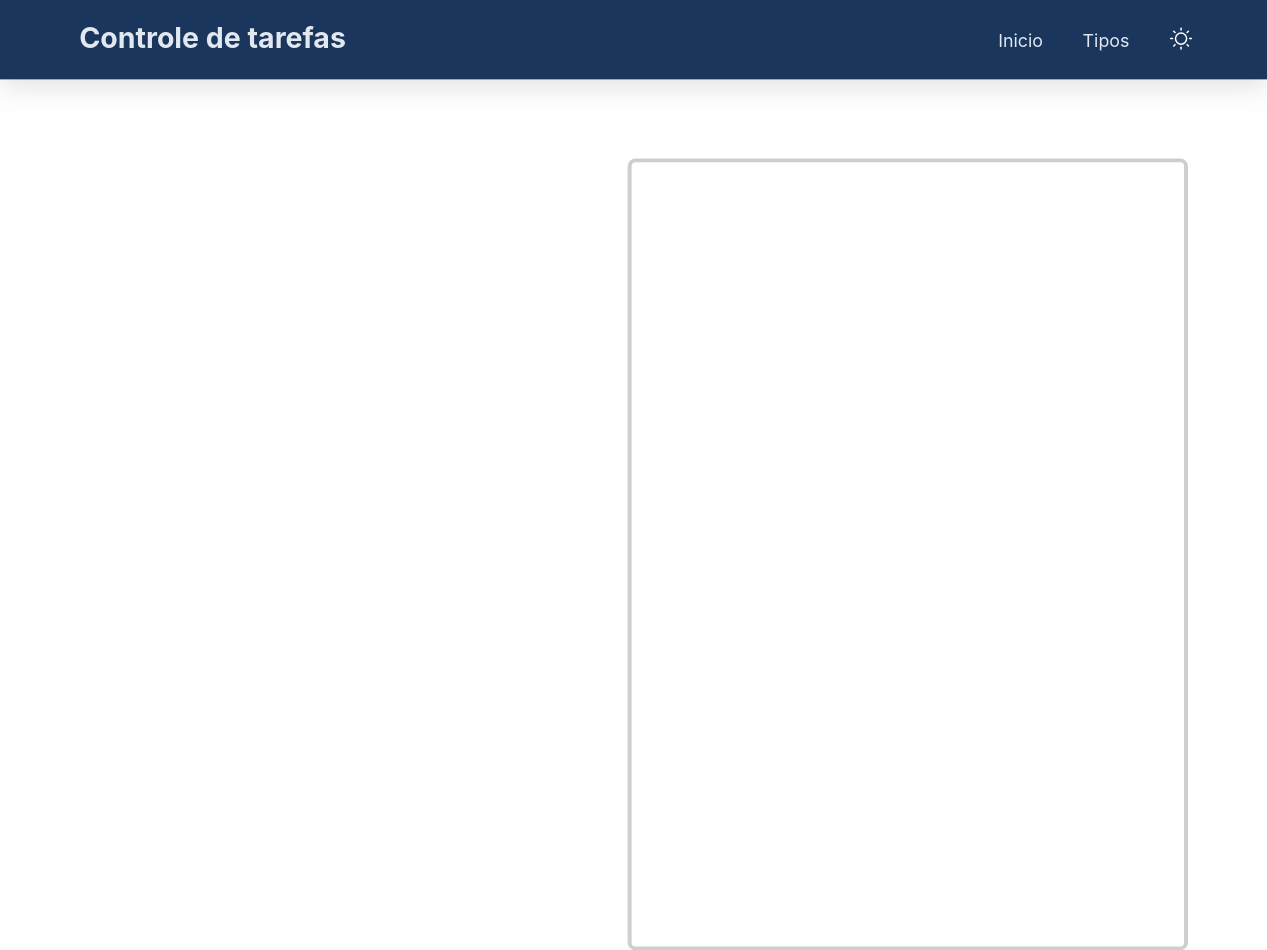
Repository: leosulzbach/Hackaton-Relampago
Page: /tipos (app in Front/)
The author's editor kept a copy of each file at every save. The page is drawn from the files as they stood at one save, then again after the next save.
The browser window is 1280 px wide. The pictures show the whole page, at 99% of full size.
The page's requests for data from a server got no answer. The project was rebuilt for these pictures with package versions that can differ from the ones it lists, and the page was loaded fresh each time. No one was signed in, and anything a server would have sent is missing. Also part of the build but not shown: Front/vite.config.ts, Front/src/Components/Cards/CadInfo.styles.ts, Front/src/Components/Cards/CardInfo.tsx, Front/src/Components/Cards/Cards.styles.ts, Front/src/Components/Cards/Card.tsx, Front/src/Pages/home.tsx.

Above is the page before, as saved 2022-11-07 17:04:07.

After the next save:
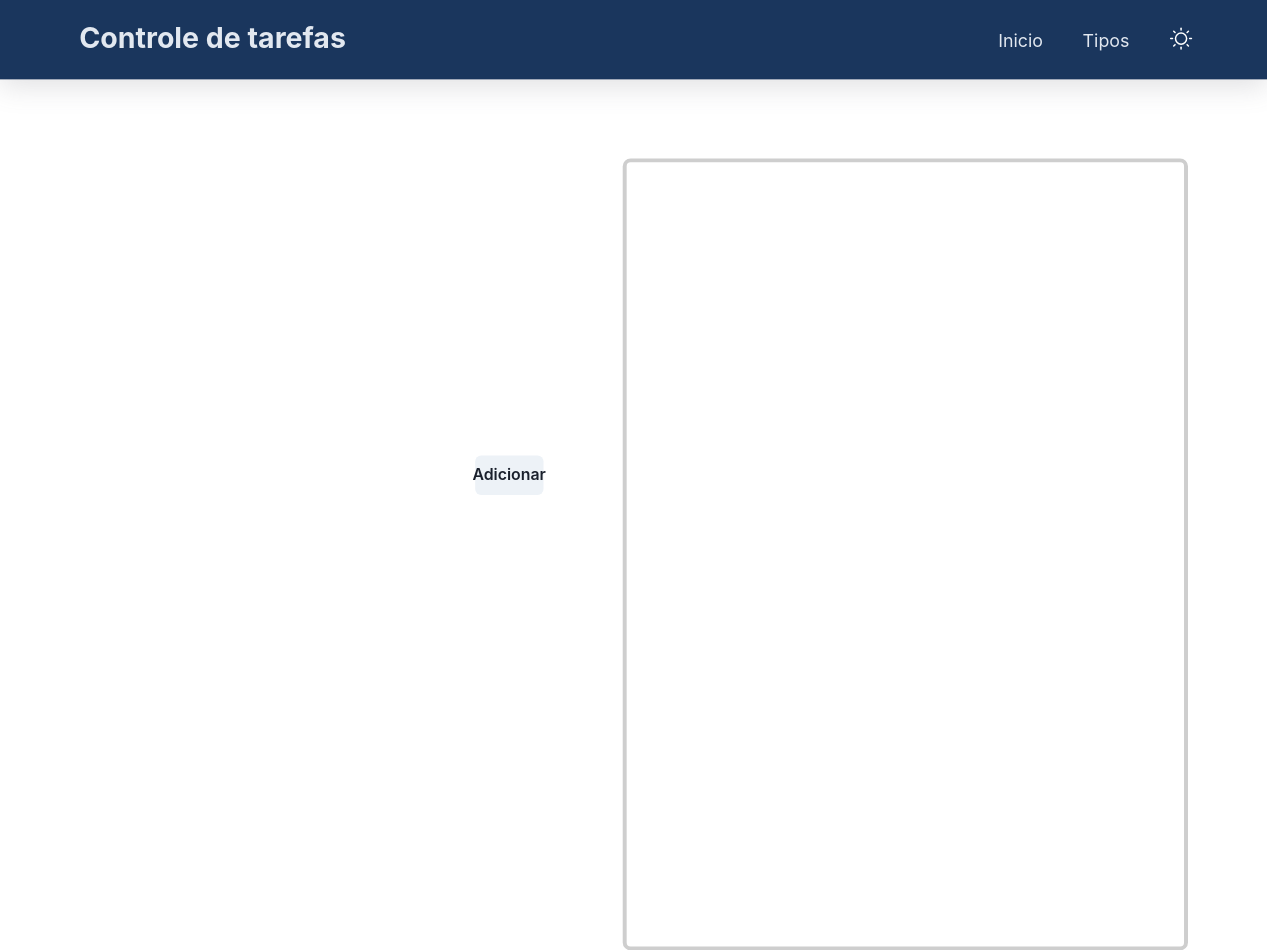
Saved 20 s later.
--- a/Front/src/Pages/tipos.tsx
+++ b/Front/src/Pages/tipos.tsx
@@ -31,8 +31,6 @@ export const Tipos = () => {
     console.log(CadastroList)
     return (
         <Flex>
-            <Button
-            ml={"30rem"}>Adicionar</Button>
             <Header />
 
             <Flex
@@ -40,6 +38,8 @@ export const Tipos = () => {
                 align={"center"}
 
             >
+            <Button
+            ml={"30rem"}>Adicionar</Button>
                 <Box
                     mt={"10rem"}
                     ml={"5rem"}
